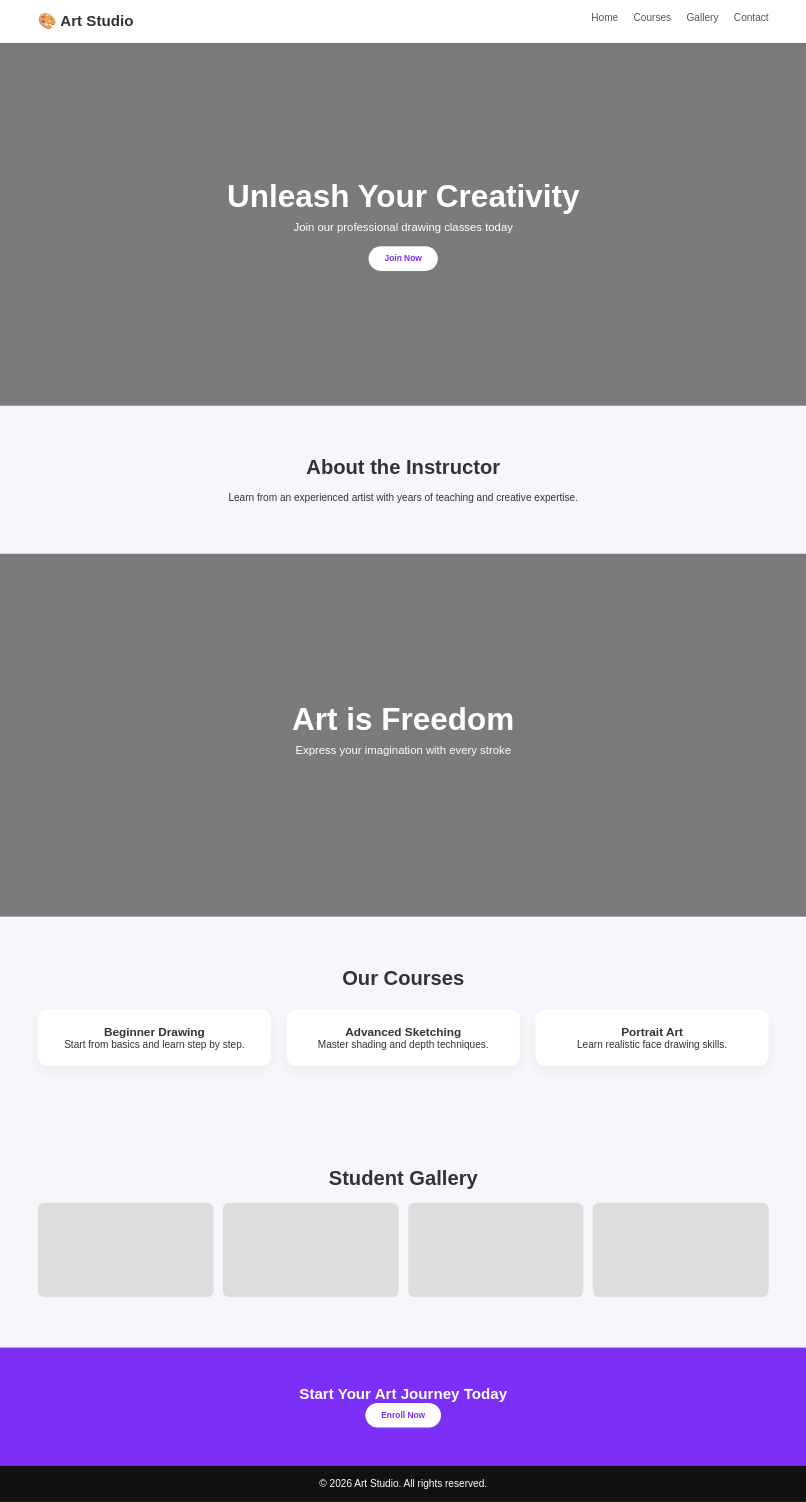
Repository: nandharjpm/Art-World
Page: http://localhost/
The author's editor kept a copy of each file at every save. The page is drawn from the files as they stood at one save, then again after the next save.
The browser window is 1280 px wide. The pictures show the whole page, at 63% of full size.
Backgrounds fixed to the window are drawn as part of the page. The page is served by the project's Laravel application, run on PHP 8.4 with Laravel 12.

Above is the page before, as saved 2026-04-18 14:58:45.

After the next save:
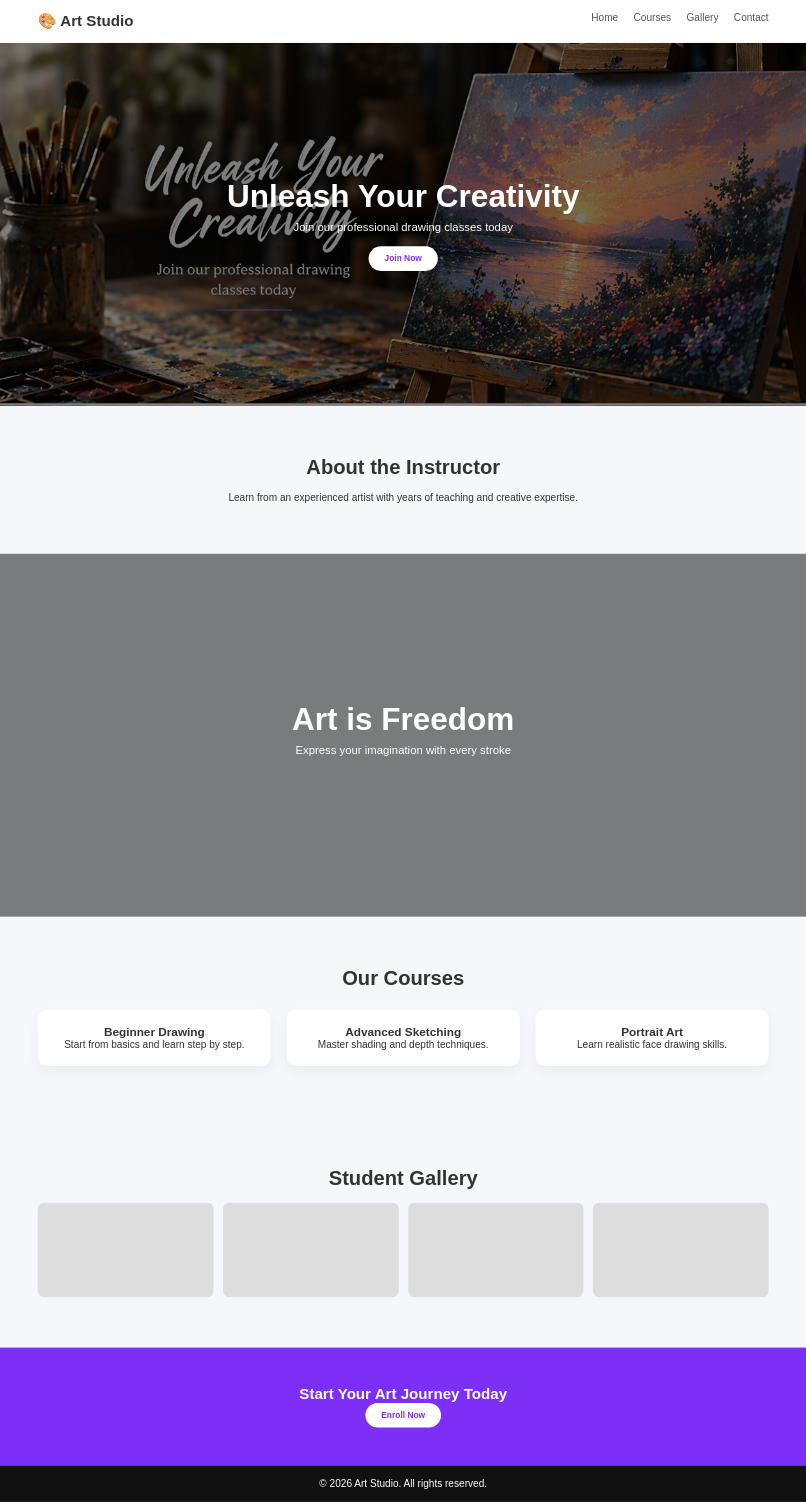
Saved 4 min 7 s later.
--- a/resources/views/welcome.blade.php
+++ b/resources/views/welcome.blade.php
@@ -22,7 +22,7 @@
 </nav>
 
 <!-- PARALLAX HERO -->
-<div class="parallax" style="background-image: url('{{ asset('images/art1.jpg') }}');">
+<div class="parallax" style="background-image: url('{{ asset('images/art1.png') }}');">
     <div class="parallax-content">
         <h1>Unleash Your Creativity</h1>
         <p>Join our professional drawing classes today</p>
